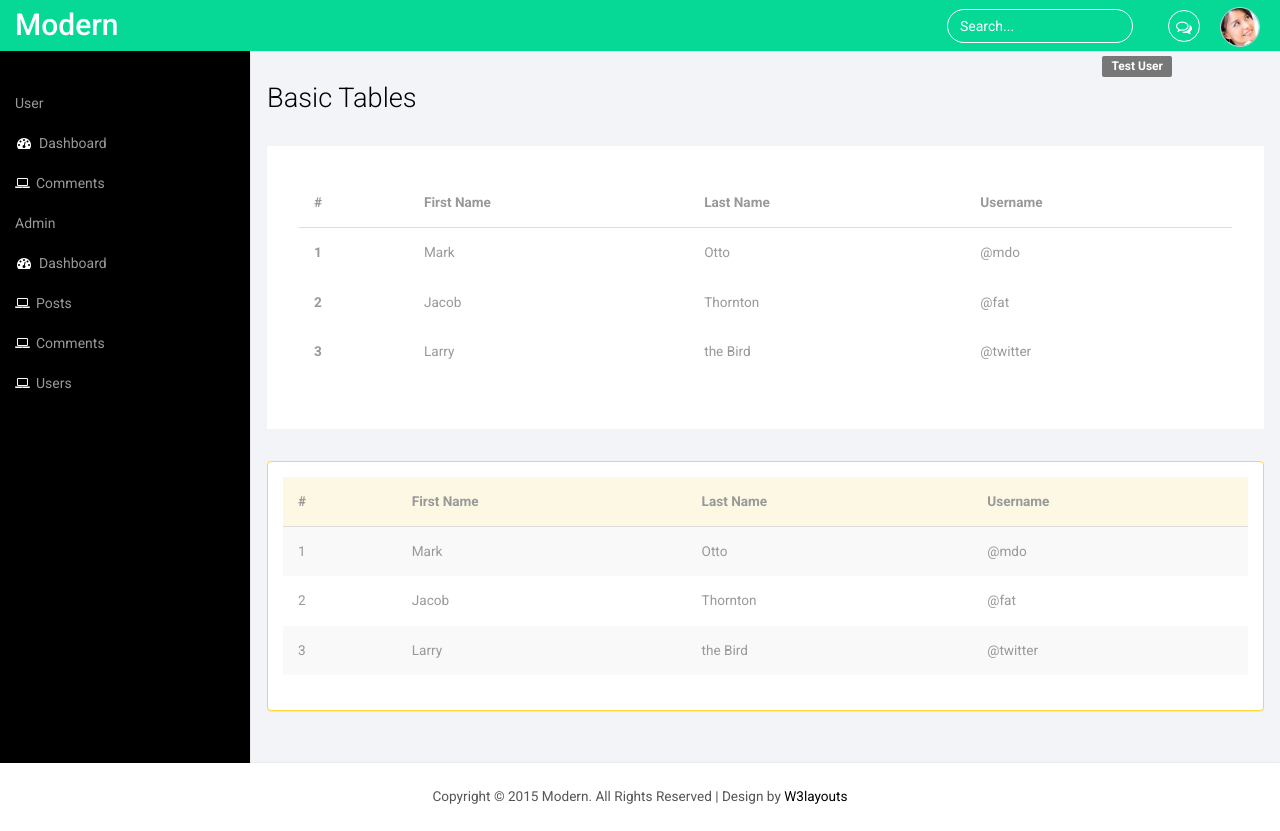
Repository: NomanMustafa/laravel-blog
Page: http://localhost/user/comments
An editor plug-in stored every save of this project. The page is shown before and after the next save, followed by the edit.
The browser window is 1280 px wide. The pictures show the whole page.
The page is served by the project's Laravel application, run on PHP 8.4 with Laravel 8. A made-up administrator, Test User (test@example.com), is signed in.

Above is the page before, as saved 2020-07-06 14:45:06.

After the next save:
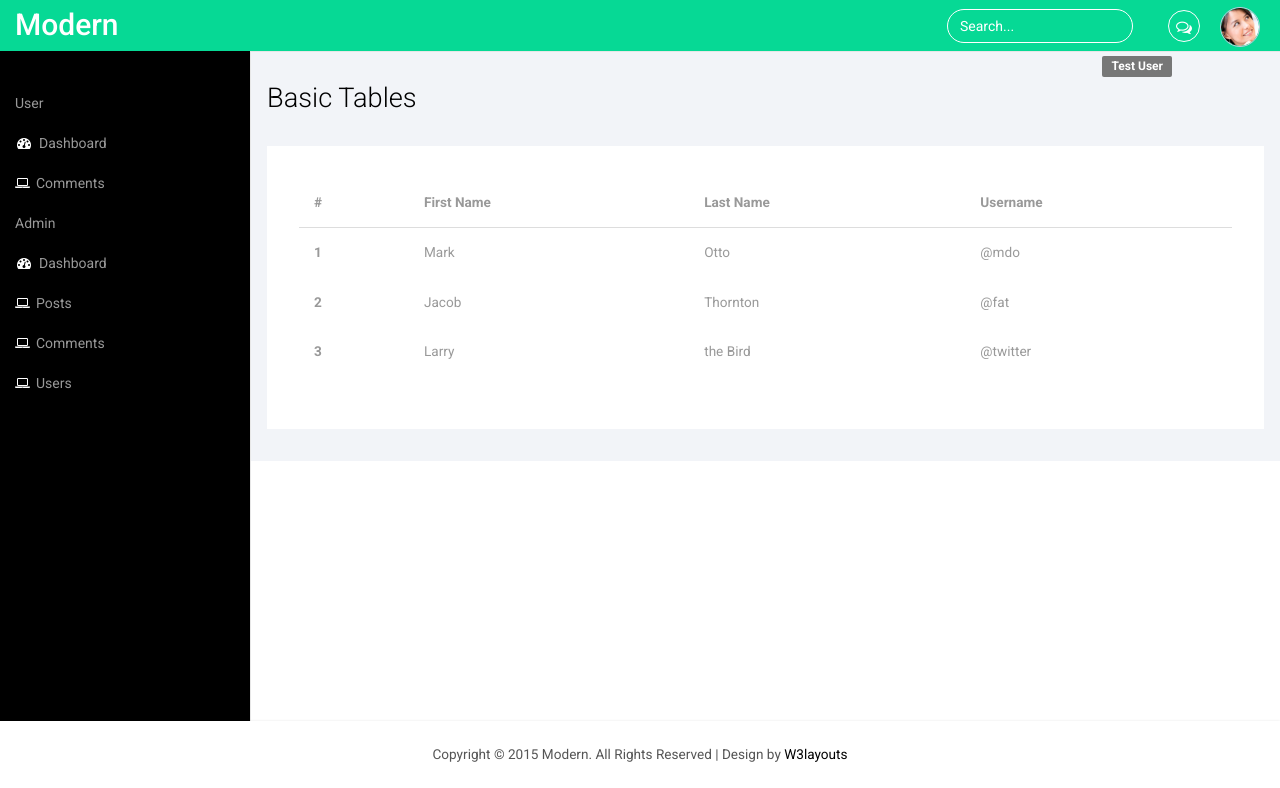
Saved 29 s later.
--- a/resources/views/user/comments.blade.php
+++ b/resources/views/user/comments.blade.php
@@ -36,41 +36,7 @@
       </tbody>
     </table>
     </div>
-    <div class="panel panel-warning" data-widget="{&quot;draggable&quot;: &quot;false&quot;}" data-widget-static="">
-				<div class="panel-body no-padding">
-					<table class="table table-striped">
-						<thead>
-							<tr class="warning">
-								<th>#</th>
-								<th>First Name</th>
-								<th>Last Name</th>
-								<th>Username</th>
-							</tr>
-						</thead>
-						<tbody>
-							<tr>
-								<td>1</td>
-								<td>Mark</td>
-								<td>Otto</td>
-								<td>@mdo</td>
-							</tr>
-							<tr>
-								<td>2</td>
-								<td>Jacob</td>
-								<td>Thornton</td>
-								<td>@fat</td>
-							</tr>
-							<tr>
-								<td>3</td>
-								<td>Larry</td>
-								<td>the Bird</td>
-								<td>@twitter</td>
-							</tr>
-						</tbody>
-					</table>
-				</div>
-	</div>
-<!-- /.table-responsive -->
+
   </div>
   </div>
 @endsection
